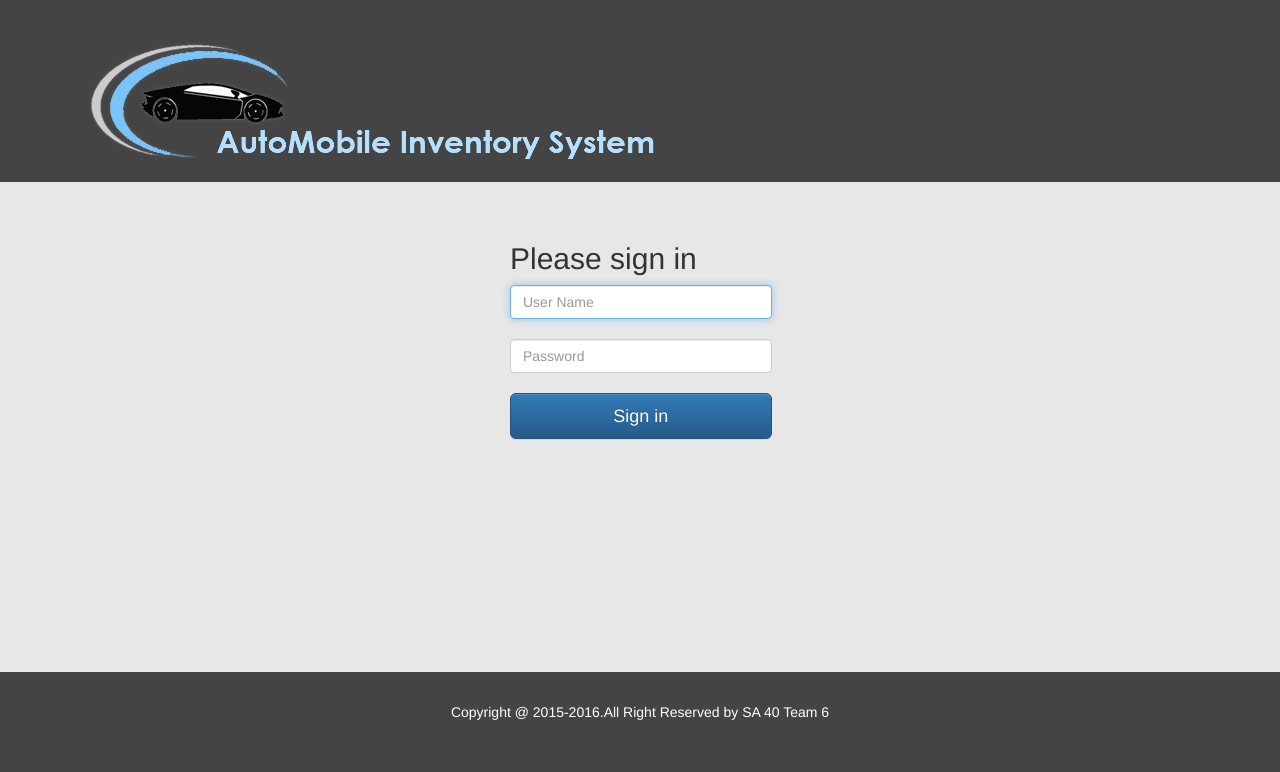
Repository: JiorMajor/InventorySystemWorkspace
Page: http://localhost/InventoryWebSA40Team6/ShowLogin
These files come from the project's save history. The page is drawn as it stood at one moment and after the next save; the edit follows.
The browser window is 1280 px wide. The pictures show the whole page.
The page is served by Tomcat 9.

Above is the page before, as saved 2015-06-12 17:47:20.

After the next save:
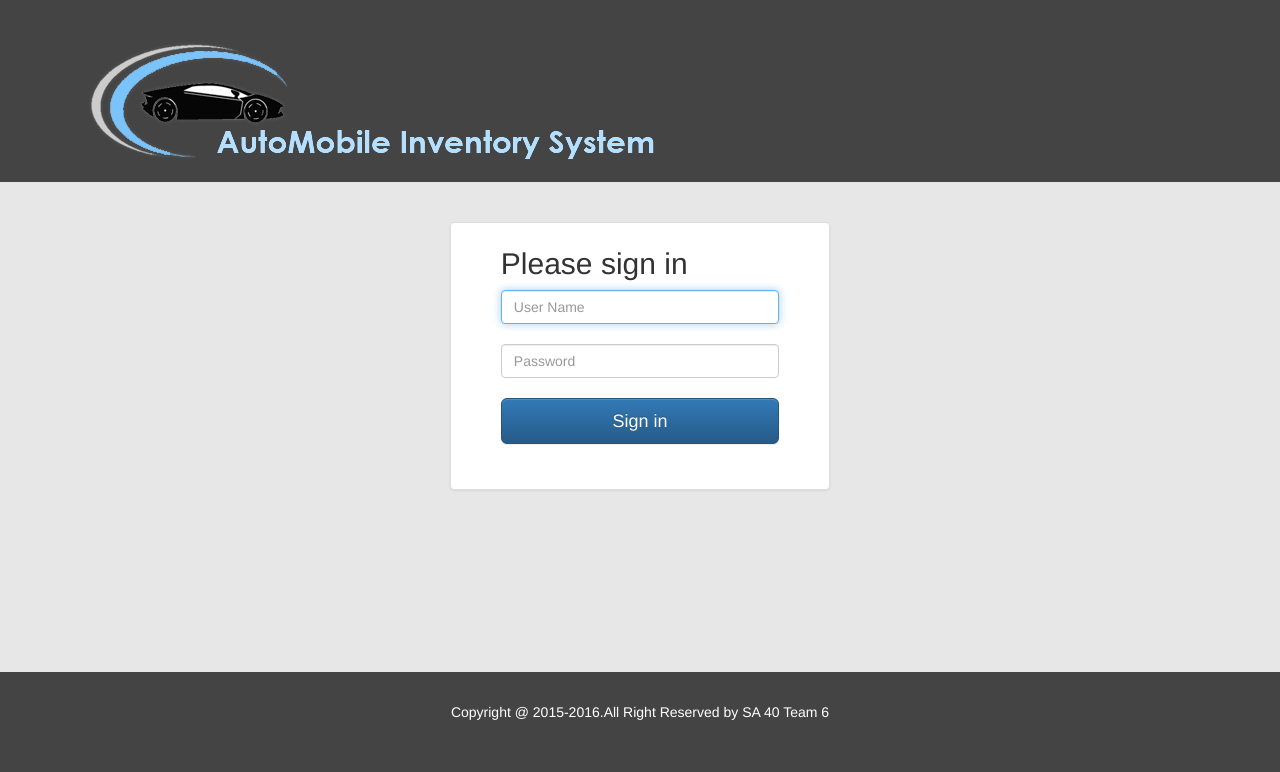
Saved 36 s later.
--- a/InventoryWebSA40Team6/WebContent/index.jsp
+++ b/InventoryWebSA40Team6/WebContent/index.jsp
@@ -37,7 +37,7 @@
 	  <div class="row">
 	  <div class="container">
 	  <div class="col-md-4 col-sm-4 col-xs-4"></div>
-	  <div class="col-md-4 col-sm-4 col-xs-4">
+	  <div class="col-md-4 col-sm-4 col-xs-4 thumbnail">
 	  <div class="col-md-1"></div>
 	  <div class="col-md-10">
       <form class="form-signin" action="/InventoryWebSA40Team6/ValidateLogin" method=post>
